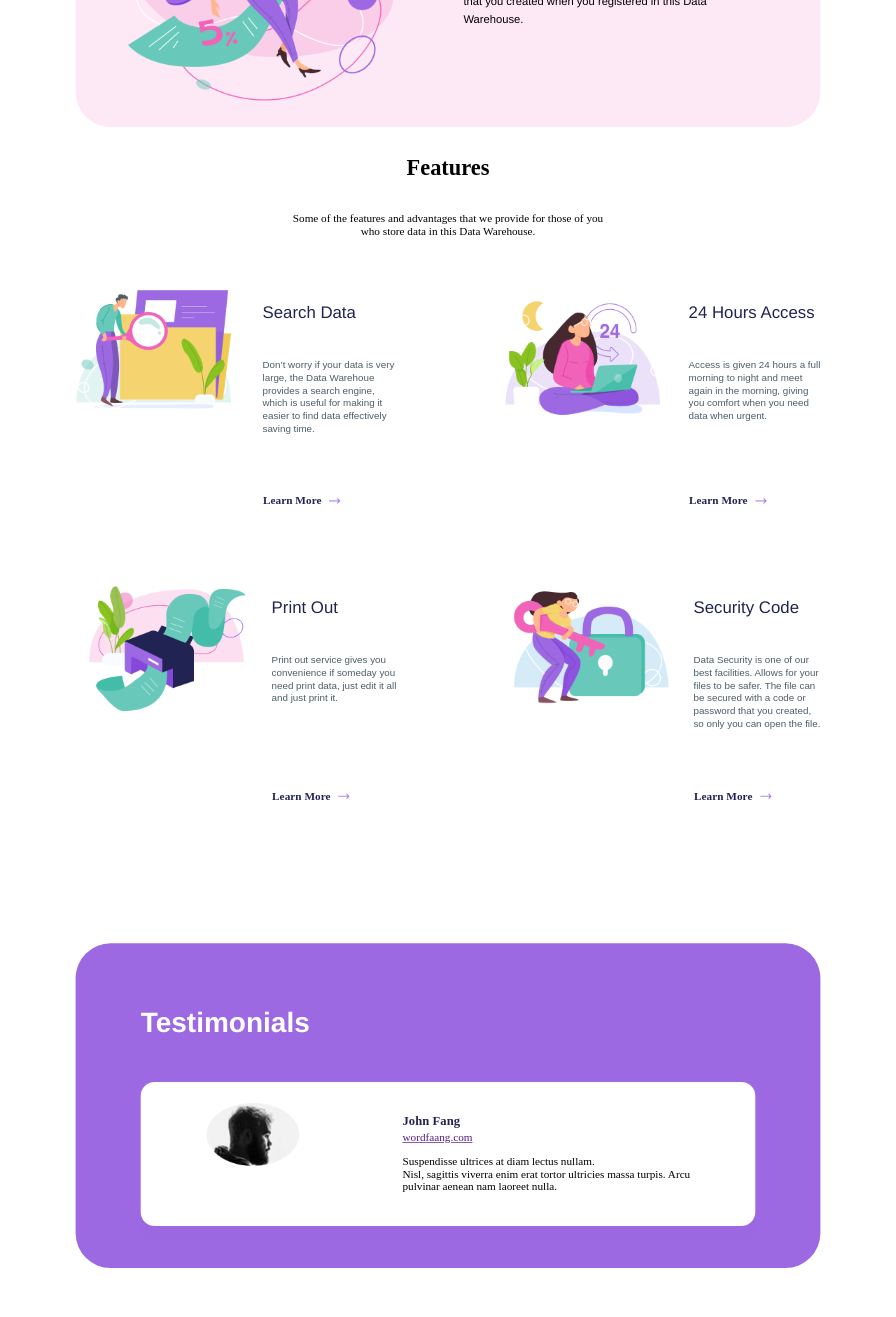
Repository: batonAnton/HW6_flexbox
Page: index.html
The author's editor kept a copy of each file at every save. The page is drawn from the files as they stood at one save, then again after the next save.
The browser window is 1280 px wide. The pictures show the part of the page from y = 1151 to 3071 px (the page is 3033 px tall before and 3071 px after), at 70% of full size.
Some web fonts or font styles are not loaded; a fallback is used.

Above is the page before, as saved 2022-06-18 13:40:44.

### index.html
<!DOCTYPE html>
<html lang="en">
<head>
    <meta charset="UTF-8">
    <meta http-equiv="X-UA-Compatible" content="IE=edge">
    <meta name="viewport" content="width=device-width, initial-scale=1.0">
    <link href="http://fonts.cdnfonts.com/css/helvetica-neue-9" rel="stylesheet">
    <link rel="stylesheet" href="./fonts/Helvetica-Bold.ttf">
    <link rel="stylesheet" href="./fonts/AvenirLTStd-Black.otf">
    <link rel="stylesheet" href="./css/style.css">
    <title>FlexBox</title>
</head>
<body>
    <header>
        <div class="logo">
            <img src="./images/logo.png" alt="logo">
        </div>

        <nav>
            <ul>
                <li>
                    <a href="#">about</a>
                </li>
                <li>
                    <a href="#">help</a>
                </li>
                <li>
                    <a href="#">features</a>
                </li>
                <li>
                    <a href="#">signup</a>
                </li>
            </ul>
        </nav>

        <div class="header-btn">
            <div>
                <button>request demo</button>
            </div>
            <div class="btn-img">
                <img src="./images/right-arrow.png" alt="arrow-right" >
            </div>
        </div>
    </header>

    <div class="section allstyles">
        <div class="info">
            <h1>Save your data <br> storage here.</h1>
            <p>Data Warehouse is a data storage area that <br>has been
                tested for security, so you can store <br> your data here
                safely but not be afraid of <br> being stolen by others.</p>
            <button>Learn more</button>
        </div>

        <div class="section-img">
            <img src="./images/headerImg.png" alt="">
        </div>
    </div>

    <div class="section2 allstyles">
        <div class="sectin2-img">
            <img src="./images/assideimg.png" alt="assideimg">
        </div>

        <div class="section2-info">
            <h1>We are a high-level data <br> storage bank</h1>
            <p>
                The place to store various data that you can access at any <br> time through the internet  and where you can carry it. <br>
                This very flexible storage area has a high level of security. <br> To enter into your own data you must enter the password <br> that you created when you registered in this Data <br> Warehouse.
            </p>
        </div>
    </div>

    <div class="section3 allstyles">
        <h1 class="section3-header"> Features</h1>
        <p class="section3-header">Some of the features and advantages that we provide for those of you <br> who store data in this Data Warehouse.</p>

        <div class="row1">
            <div class="block">
                <img src="./images/section3/image1 1.png" alt="img">
                <div class="info">
                    <h1>Search Data</h1>
                <p>
                    Don’t worry if your data is very <br> large, the Data Warehoue <br> provides a search engine, <br> which is useful for making it <br> easier to find data effectively <br> saving time.
                </p>

                <div class="header-btn section3-btn">
                    <div>
                        <button>Learn more</button>
                    </div>
                    <div class="btn-img">
                        <img src="./images/right-arrow.png" alt="arrow-right" >
                    </div>
                </div>
                </div>

            </div>


            <div class="block">
                <img src="./images/section3/image2.png" alt="img">
                <div class="info">
                    <h1>24 Hours Access</h1>
                <p>
                    Access is given 24 hours a full <br> morning to night and
                    meet <br> again in the morning, giving <br> you comfort when
                    you need <br> data when urgent.
                </p>

                <div class="header-btn section3-btn">
                    <div>
                        <button>Learn more</button>
                    </div>
                    <div class="btn-img">
                        <img src="./images/right-arrow.png" alt="arrow-right" >
                    </div>
                </div>
                </div>

            </div>
        </div>

        <!-- row2 start -->

        <div class="row1 row2">
            <div class="block">
                <img src="./images/section3/image3 1.png" alt="img">
                <div class="info">
                    <h1>Print Out</h1>
                <p>
                    Print out service gives you <br> convenience if someday
                    you <br> need print data, just edit it all <br> and just print it.
                </p>

                <div class="header-btn section3-btn">
                    <div>
                        <button>Learn more</button>
                    </div>
                    <div class="btn-img">
                        <img src="./images/right-arrow.png" alt="arrow-right" >
                    </div>
                </div>
                </div>

            </div>


            <div class="block">
                <img src="./images/section3/image4 1.png" alt="img">
                <div class="info">
                    <h1>Security Code</h1>
                <p>
                    Data Security is one of our <br> best facilities. Allows for your <br> files
                    to be safer. The file can <br> be secured with a code or <br>
                    password that
                    you created, <br> so only you can open the file.
                </p>

                <div class="header-btn section3-btn">
                    <div>
                        <button>Learn more</button>
                    </div>
                    <div class="btn-img">
                        <img src="./images/right-arrow.png" alt="arrow-right" >
                    </div>
                </div>
                </div>

            </div>
        </div>
    </div>

    <div class="section4 allstyles">
        <h1>Testimonials</h1>

        <div class="block">
            <img src="./images/section3/section4.png" alt="img">
            <div class="info">
                <h1>John Fang </h1>
                <a href="">wordfaang.com</a>
                <p>
                    Suspendisse ultrices at diam lectus nullam. <br>
                    Nisl, sagittis viverra enim erat tortor ultricies massa turpis. Arcu <br> pulvinar aenean nam laoreet nulla.
                </p>
            </div>
        </div>
    </div>
</body>
</html>

### css/style.css
body {
  box-sizing: border-box;
  font-family: "Avenir";
}

.allstyles{
    margin: 70px 100px;
}

header {
  display: flex;
  margin: 30px 100px;
  justify-content: space-between;
  /* border: 1px solid gray; */
 font-family: Arial, Helvetica, sans-serif;
  font-size: 16px;
}


nav {
  margin-right: 40%;
}

nav ul {
  display: flex;
  list-style: none;
  color: #4b5d68;
}

nav ul li a {
  text-decoration: none;
  padding-left: 20px;
  text-transform: capitalize;
}

.header-btn {
  display: flex;
  justify-content: center;
}


.header-btn button {
  padding: 15px 30px 15px 15px;
  text-transform: capitalize;
  border: none;
  border-radius: 50px;
  background: #ffffff;
  box-shadow: 0px 5px 5px rgb(75 93 104 / 15%);
  width: 210px;
  color: #212353;
  font-size: 16px;
  font-weight: 800;
  line-height: 100%;
  letter-spacing: 0.005em;
}

.btn-img {
  margin-left: -35px;
  padding-left: -15px;
  align-self: center;
}

button img {
  padding-top: 5px;
  margin-left: 5px;
}

button:hover {
  border: 1px solid rgba(156, 105, 226, 1);
  text-decoration: underline;
}

.section {
  display: flex;
  position: relative;
  height: 600px;
  overflow: hidden;
}


.info {
  width: 50%;
}

.section h1 {
  font-style: normal;
  font-weight: 700;
  font-size: 4rem;
  line-height: 110%;
  font-family: "Helvetica Neue", sans-serif;
  color:#212353;
  font-weight: 700;
}



.section p {
  font-family: 'Avenir', Helvetica, sans-serif;
  font-style: normal;
  font-weight: 500;
  font-size: 16px;
  line-height: 28px;
  margin-top: 50px;
  margin-bottom: 50px;
}

.section-img {
  position: absolute;
  bottom: 1%;
  right: -13%;
}
.section-img img {
  width: 84%;
}

.info button{
    font-family: 'Avenir', Helvetica, sans-serif;
    font-style: normal;
    font-weight: 700;
    font-size: 18px;
    line-height: 160%;
    background-color: #9C69E2;
    border-radius: 50px;
    color: #ffffff;
    width: 170px;
    height: 60px;
    border: none;
    cursor: pointer;
}


.section2{
    display: flex;
    justify-content: space-between;
    background: rgba(240, 99, 184, 0.15);
    border-radius: 50px;
    font-family: 'Avenir', Helvetica, sans-serif;
}

.section2 h1{
    font-style: normal;
    font-weight: 700;
    font-size: 40px;
    line-height: 130%;
    color: #212353;
}

.section2 p{
    font-family: 'Avenir', Helvetica, sans-serif;
font-style: normal;
font-weight: 400;
font-size: 16px;
line-height: 160%;
}

.section2-info{
    padding:55px;
}


.section3-header{
    text-align: center;
    margin: -30px 0 75px 0;
}

.row1{
    display: flex;
    justify-content: space-between;
}

.row1 .block img{
    float: left;
}

.section3 .info{
  float: right;
  width: auto;
  margin-left: 35px;
}

.section3 .info h1{
  font-family: 'Helvetica';
font-style: normal;
font-weight: 400;
font-size: 24px;
line-height: 130%;
color: #212353;
}

.section3 .info p{
  font-family: 'Avenir',  sans-serif;
font-style: normal;
font-weight: 200;
font-size: 14px;
line-height: 130%;
color: #4B5D68;
margin-top: 50px;
/* margin-bottom: 50px; */
height: 160px;
}

.section3 .section3-btn button{
  padding:0;
  color: #212353;
  box-shadow: none;
  background-color: #ffffff;
  font-family: 'Avenir';
  font-style: normal;
  font-weight: 900;
  font-size: 16px;
  line-height: 160%;
  letter-spacing: 0.005em;
  width:85px;
}

.section3 .header-btn{
  display: flex;
  justify-content: flex-start;
}

.section3 .btn-img{
  margin-left: 10px;
}

.row2{
  margin: 90px 0  180px 0;
}

.section4{
  /* height: 709px; */
  background-color: #9C69E2;
  border-radius: 50px;
  padding: 60px 93px;
}

.section4 h1{
  font-family: 'Helvetica';
  font-style: normal;
  font-weight: 700;
  font-size: 40px;
  line-height: 130%;
  color: #FFFFFF;
  margin-bottom: 60px;
}

.section4 .block{
  background-color: #FFFFFF;
  box-shadow: 0px 20px 0px rgba(156, 105, 226, 0.3);
  border-radius: 20px;
  padding: 30px 93px 82px 93px;
}

.section4 .info{
  float: right;
  width: auto;
}

.section4 .info h1{
font-family: 'Avenir';
font-style: normal;
font-weight: 900;
font-size: 18px;
line-height: 160%;
letter-spacing: 0.005em;
color: #212353;
margin-bottom: 0;
}

After the next save:
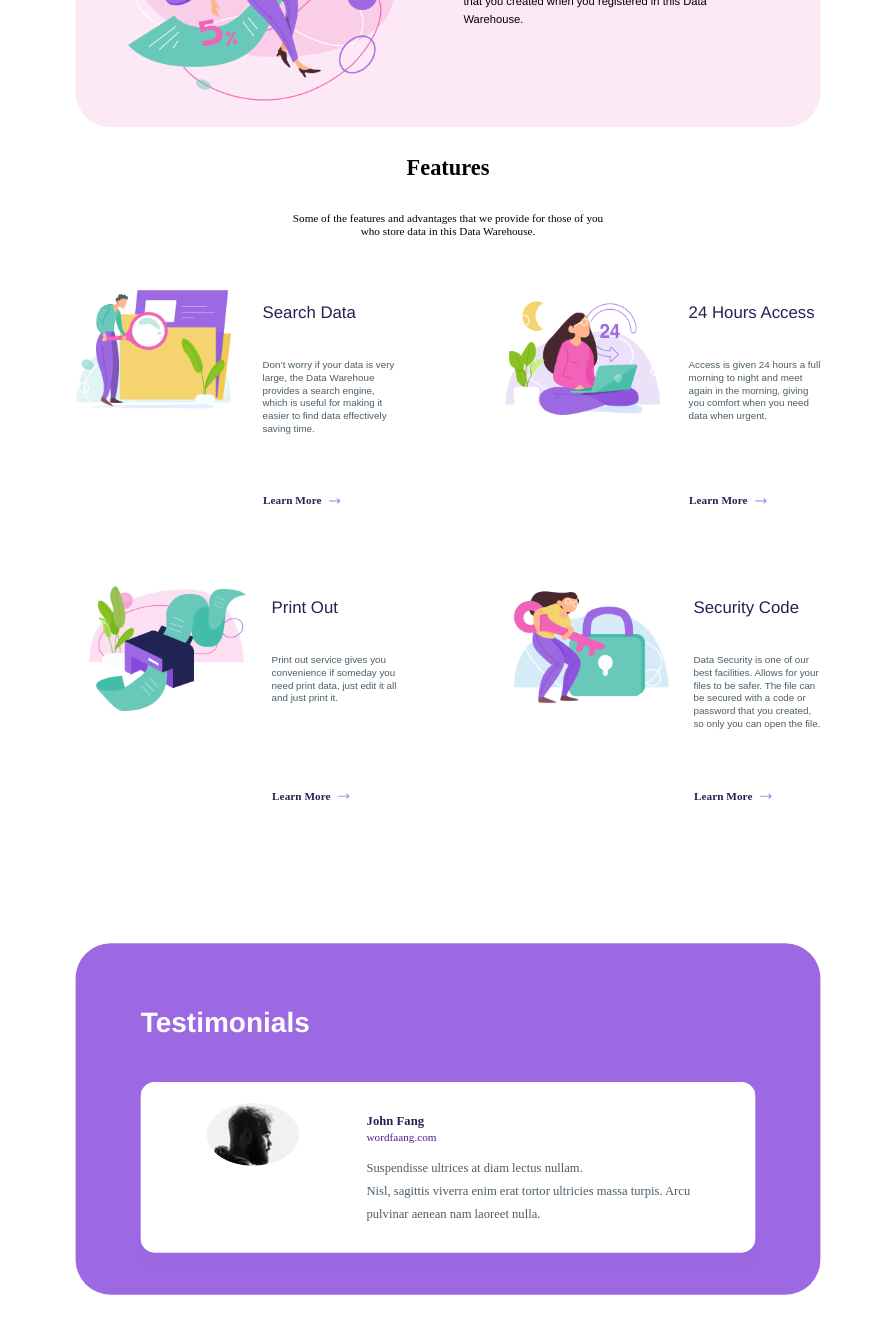
Saved 5 min 23 s later.
--- a/css/style.css
+++ b/css/style.css
@@ -247,7 +247,7 @@ height: 160px;
   background-color: #FFFFFF;
   box-shadow: 0px 20px 0px rgba(156, 105, 226, 0.3);
   border-radius: 20px;
-  padding: 30px 93px 82px 93px;
+  padding: 30px 93px 120px 93px;
 }
 
 .section4 .info{
@@ -265,3 +265,20 @@ letter-spacing: 0.005em;
 color: #212353;
 margin-bottom: 0;
 }
+
+.section4 .info p{
+  font-family: 'Avenir';
+font-style: normal;
+font-weight: 400;
+font-size: 18px;
+line-height: 180%;
+color: #4B5D68;
+}
+
+.section4 .info a{
+  text-decoration: none;
+}
+
+.section4 .block img{
+  border-radius: 50%
+}
